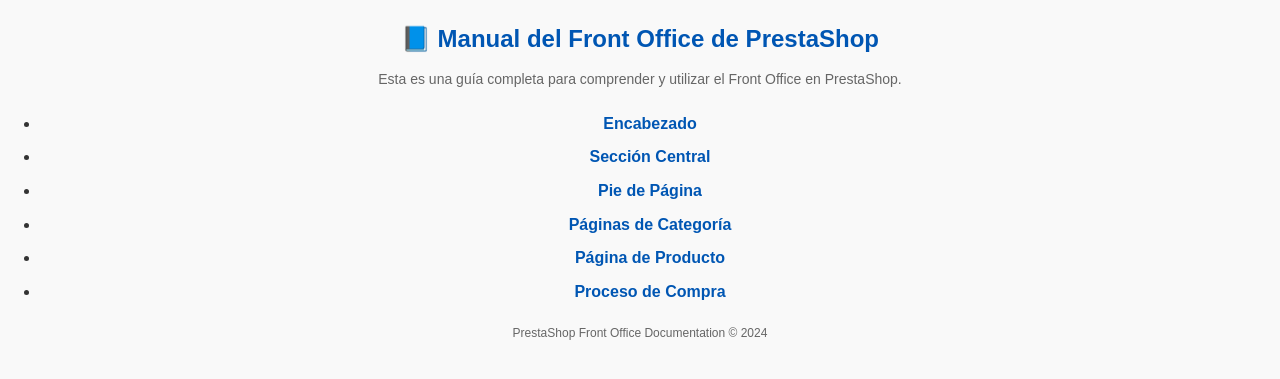
Repository: mag00s/documentacion-prestashop
Page: index.html
The author's editor kept a copy of each file at every save. The page is drawn from the files as they stood at one save, then again after the next save.
The browser window is 1280 px wide. The pictures show the whole page.

Above is the page before, as saved 2024-11-13 16:42:31.

### index.html
<!DOCTYPE html>
<html lang="es">
<head>
    <meta charset="UTF-8">
    <meta name="viewport" content="width=device-width, initial-scale=1.0">
    <title>Manual del Front Office - PrestaShop</title>
    <link rel="stylesheet" href="styles.css">
</head>
<body>
    <header>
        <h1>📘 Manual del Front Office de PrestaShop</h1>
        <p>Esta es una guía completa para comprender y utilizar el Front Office en PrestaShop.</p>
    </header>

    <nav>
        <ul>
            <li><a href="header.html">Encabezado</a></li>
            <li><a href="central-section.html">Sección Central</a></li>
            <li><a href="footer.html">Pie de Página</a></li>
            <li><a href="category-page.html">Páginas de Categoría</a></li>
            <li><a href="product-page.html">Página de Producto</a></li>
            <li><a href="checkout.html">Proceso de Compra</a></li>
        </ul>
    </nav>

    <footer>
        <p>PrestaShop Front Office Documentation © 2024</p>
    </footer>
</body>
</html>

### styles.css
/* General Reset */
* {
    margin: 0;
    padding: 0;
    box-sizing: border-box;
}

/* Body and Font */
body {
    font-family: Arial, sans-serif;
    line-height: 1.6;
    color: #333;
    background-color: #f9f9f9;
    padding: 20px;
}

/* Container */
.container {
    max-width: 800px;
    margin: 0 auto;
    padding: 20px;
    background-color: #fff;
    border-radius: 8px;
    box-shadow: 0px 4px 10px rgba(0, 0, 0, 0.1);
}

/* Header */
header {
    text-align: center;
    margin-bottom: 20px;
}

header h1 {
    font-size: 24px;
    color: #0056b3;
}

header p {
    font-size: 14px;
    color: #666;
}

/* Navigation */
nav {
    margin-bottom: 20px;
    text-align: center;
}

nav a {
    color: #0056b3;
    text-decoration: none;
    margin: 0 10px;
    font-weight: bold;
}

nav a:hover {
    text-decoration: underline;
}

/* Main Content */
h1, h2, h3 {
    color: #0056b3;
}

h1 {
    font-size: 24px;
    margin-bottom: 10px;
}

h2 {
    font-size: 20px;
    margin-top: 20px;
}

h3 {
    font-size: 18px;
    margin-top: 15px;
}

p, ul, ol {
    margin-bottom: 10px;
}

ul, ol {
    padding-left: 20px;
}

ul li {
    margin-bottom: 8px;
}

/* Footer Navigation */
footer {
    margin-top: 20px;
    text-align: center;
}

footer p {
    font-size: 12px;
    color: #666;
}

/* Button-like Links */
.button-link {
    display: inline-block;
    background-color: #0056b3;
    color: white;
    padding: 8px 12px;
    border-radius: 5px;
    text-decoration: none;
    margin: 5px 0;
    font-size: 14px;
}

.button-link:hover {
    background-color: #003d80;
}

After the next save:
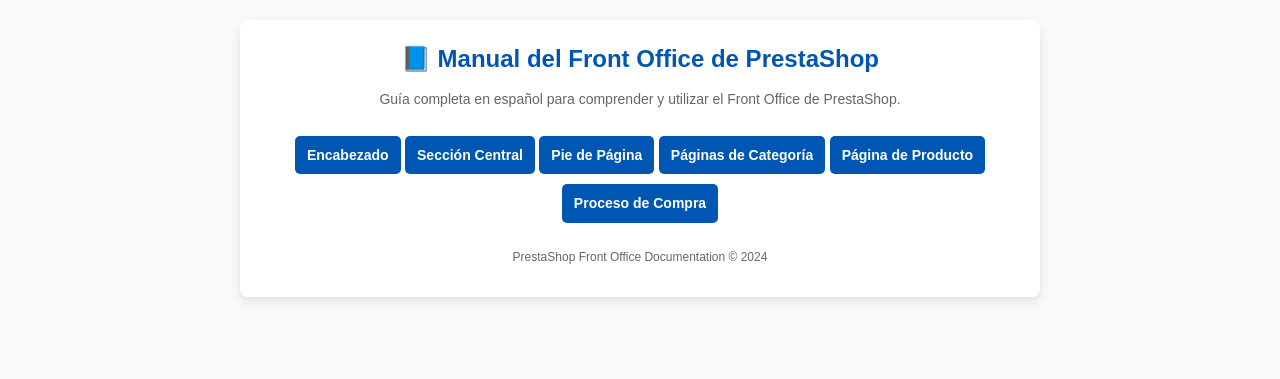
Saved 11 s later.
--- a/index.html
+++ b/index.html
@@ -7,24 +7,24 @@
     <link rel="stylesheet" href="styles.css">
 </head>
 <body>
-    <header>
-        <h1>📘 Manual del Front Office de PrestaShop</h1>
-        <p>Esta es una guía completa para comprender y utilizar el Front Office en PrestaShop.</p>
-    </header>
+    <div class="container">
+        <header>
+            <h1>📘 Manual del Front Office de PrestaShop</h1>
+            <p>Guía completa en español para comprender y utilizar el Front Office de PrestaShop.</p>
+        </header>
 
-    <nav>
-        <ul>
-            <li><a href="header.html">Encabezado</a></li>
-            <li><a href="central-section.html">Sección Central</a></li>
-            <li><a href="footer.html">Pie de Página</a></li>
-            <li><a href="category-page.html">Páginas de Categoría</a></li>
-            <li><a href="product-page.html">Página de Producto</a></li>
-            <li><a href="checkout.html">Proceso de Compra</a></li>
-        </ul>
-    </nav>
+        <nav>
+            <a href="header.html" class="button-link">Encabezado</a>
+            <a href="central-section.html" class="button-link">Sección Central</a>
+            <a href="footer.html" class="button-link">Pie de Página</a>
+            <a href="category-page.html" class="button-link">Páginas de Categoría</a>
+            <a href="product-page.html" class="button-link">Página de Producto</a>
+            <a href="checkout.html" class="button-link">Proceso de Compra</a>
+        </nav>
 
-    <footer>
-        <p>PrestaShop Front Office Documentation © 2024</p>
-    </footer>
+        <footer>
+            <p>PrestaShop Front Office Documentation © 2024</p>
+        </footer>
+    </div>
 </body>
 </html>
